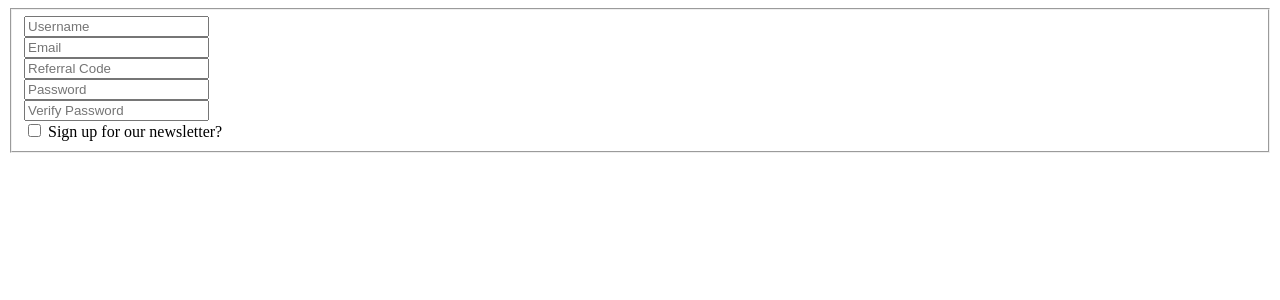
Repository: Malcolmt129/COSC484-assignment1
Page: tueats.html
These files come from the project's save history. The page is drawn as it stood at one moment and after the next save; the edit follows.
The browser window is 1280 px wide. The pictures show the whole page.

Above is the page before, as saved 2023-02-08 15:50:28.

### tueats.html
<html>
    <head>
        <link rel="stylesheet" href="">
    </head>

    <body>
        <form method="get" action="tueats_completed.html">
            <fieldset>
                <input type="text" name="username" placeholder="Username" required /><br>
                <input type="text" name="email" placeholder="Email" required /><br>
                <input type="text" name="referral code" placeholder="Referral Code" /><br>
                <input type="password" name="password" placeholder="Password" required><br>
                <input type="text" name="password_verify" placeholder="Verify Password" required><br>

                <input type="checkbox" name="SignUp">
                <label for="SignUp" id="SignUpText"> Sign up for our newsletter? </label>

            </fieldset>
        </form>
    </body>
</html>

### tueats.css
#SignUpText {
    font-size: small;
}

After the next save:
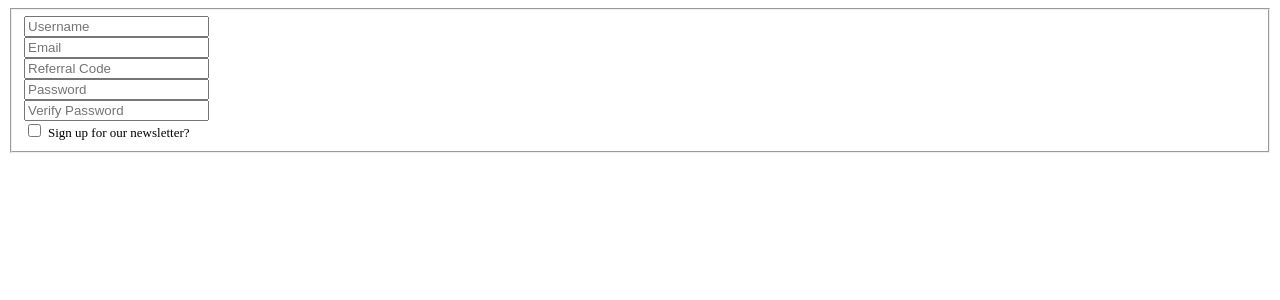
Saved 6 s later.
--- a/tueats.html
+++ b/tueats.html
@@ -1,6 +1,6 @@
 <html>
     <head>
-        <link rel="stylesheet" href="">
+        <link rel="stylesheet" href="tueats.css">
     </head>
 
     <body>
